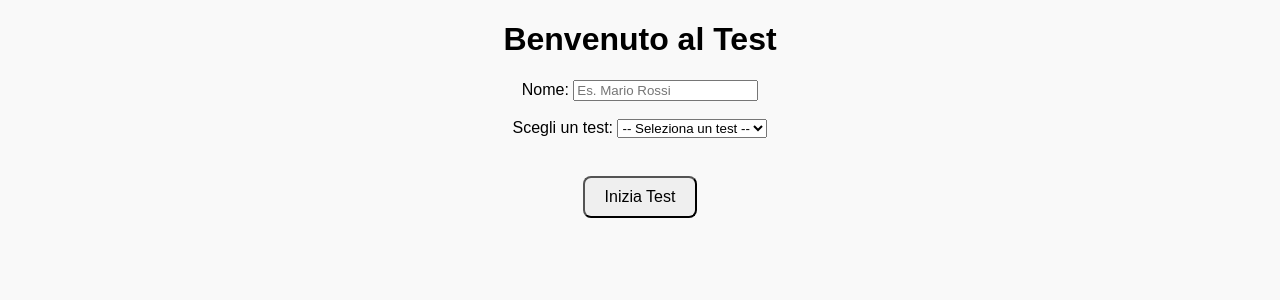
Repository: Probyte5D/Test-Task
Page: wwwroot/index.html
An editor plug-in stored every save of this project. The page is shown before and after the next save, followed by the edit.
The browser window is 1280 px wide. The pictures show the whole page.
The page's requests for data from a server got no answer.

Above is the page before, as saved 2025-10-22 20:22:31.

After the next save:
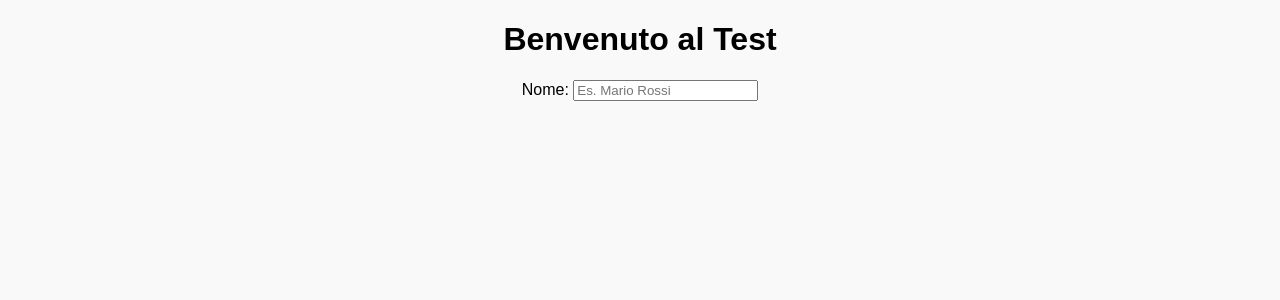
Saved 4 min 51 s later.
--- a/wwwroot/index.html
+++ b/wwwroot/index.html
@@ -6,11 +6,15 @@
 <style>
     body { font-family: Arial; margin: 20px; text-align: center; background: #f9f9f9; }
     .hidden { display: none; }
-    .question-card { margin-bottom: 20px; padding: 20px; border-radius: 10px; box-shadow: 0 2px 8px rgba(0,0,0,0.2); display: inline-block; text-align: left; background: #fff; }
+    .question-card { margin-bottom: 20px; padding: 20px; border-radius: 10px;
+                     box-shadow: 0 2px 8px rgba(0,0,0,0.2); display: inline-block;
+                     text-align: left; background: #fff; }
     .progress { width: 100%; background: #eee; height: 20px; margin-bottom: 20px; border-radius: 10px; }
     .progress-bar { width: 0; height: 100%; background: #4caf50; border-radius: 10px; transition: width 0.3s; }
-    .answer-btn { display: block; width: 300px; margin: 10px auto; padding: 15px; font-size: 16px; border: none; border-radius: 8px; cursor: pointer; transition: transform 0.2s; }
-    .answer-btn:hover { transform: scale(1.05); }
+    .answer-btn, .test-btn { display: inline-block; margin: 5px; padding: 10px 20px;
+                              font-size: 16px; border: none; border-radius: 8px; cursor: pointer;
+                              transition: transform 0.2s; background-color: #2196f3; color: white; }
+    .answer-btn:hover, .test-btn:hover { transform: scale(1.05); }
     .answer-btn.correct { background-color: #4caf50; color: white; }
     .answer-btn.wrong { background-color: #f44336; color: white; }
     button { margin-top: 20px; padding: 10px 20px; font-size: 16px; cursor: pointer; border-radius: 8px; }
@@ -22,12 +26,7 @@
 
 <div id="home">
     <label>Nome: <input type="text" id="userName" placeholder="Es. Mario Rossi"></label><br><br>
-    <label>Scegli un test:
-        <select id="testSelect">
-            <option value="">-- Seleziona un test --</option>
-        </select>
-    </label><br><br>
-    <button onclick="startTest()">Inizia Test</button>
+    <div id="testMenu"></div> <!-- barra dei pulsanti -->
     <p id="homeError" style="color:red;"></p>
 </div>
 
@@ -49,29 +48,33 @@
 let currentQuestionIndex = 0;
 let correctAnswers = 0;
 
+// Carica i test dal server e crea pulsanti per la selezione
 async function loadTests() {
     const res = await fetch('http://localhost:5155/api/Test');
     tests = await res.json();
-    const select = document.getElementById('testSelect');
+
+    const menu = document.getElementById('testMenu');
+    menu.innerHTML = '';
+
     tests.forEach(t => {
-    const opt = document.createElement('option');
-    opt.value = t.Id || t._id;      // prende Id corretto
-    opt.textContent = t.Title || t.title; // prende il titolo corretto
-    select.appendChild(opt);
-});
+        const btn = document.createElement('button');
+        btn.className = 'test-btn';
+        btn.textContent = t.Title || t.title; // titolo del test
+        btn.onclick = () => startTest(t.Id || t._id); // ID del test
+        menu.appendChild(btn);
+    });
 }
 
-function startTest() {
+function startTest(testId) {
     const name = document.getElementById('userName').value.trim();
-    const testId = document.getElementById('testSelect').value;
 
-    if (!name || !testId) {
-        document.getElementById('homeError').textContent = "Inserisci il nome e scegli un test!";
+    if (!name) {
+        document.getElementById('homeError').textContent = "Inserisci il nome!";
         return;
     }
 
     document.getElementById('home').classList.add('hidden');
-    currentTest = tests.find(t => t.id === testId);
+    currentTest = tests.find(t => (t.Id || t._id) === testId);
     currentQuestionIndex = 0;
     correctAnswers = 0;
     showQuestion();
@@ -79,43 +82,48 @@
 }
 
 function showQuestion() {
-    const q = currentTest.questions[currentQuestionIndex];
+    const q = currentTest.Questions || currentTest.questions;
+    const question = q[currentQuestionIndex];
     const container = document.getElementById('questionContainer');
-    container.innerHTML = `<div class="question-card"><p><strong>Domanda ${currentQuestionIndex + 1} di ${currentTest.questions.length}:</strong> ${q.text}</p></div>`;
+    container.innerHTML = `<div class="question-card">
+        <p><strong>Domanda ${currentQuestionIndex + 1} di ${q.length}:</strong> ${question.Text || question.text}</p>
+    </div>`;
 
-    q.options.forEach((opt, i) => {
+    const options = question.Options || question.options;
+    options.forEach((opt, i) => {
         const btn = document.createElement('button');
         btn.className = 'answer-btn';
-        btn.textContent = opt.text;
+        btn.textContent = opt.Text || opt.text;
         btn.onclick = () => selectAnswer(i);
         container.appendChild(btn);
     });
 
-    updateProgress();
+    updateProgress(q.length);
 }
 
-function updateProgress() {
-    const percent = ((currentQuestionIndex) / currentTest.questions.length) * 100;
+function updateProgress(totalQuestions) {
+    const percent = ((currentQuestionIndex) / totalQuestions) * 100;
     document.getElementById('progressBar').style.width = percent + "%";
 }
 
 function selectAnswer(index) {
-    const q = currentTest.questions[currentQuestionIndex];
+    const q = currentTest.Questions || currentTest.questions;
+    const question = q[currentQuestionIndex];
+    const options = question.Options || question.options;
     const buttons = document.querySelectorAll('.answer-btn');
 
-    // Evidenzia la scelta corretta o sbagliata
     buttons.forEach((btn, i) => {
         if (i === index) {
-            btn.classList.add(q.options[i].isCorrect ? 'correct' : 'wrong');
+            btn.classList.add(options[i].IsCorrect || options[i].isCorrect ? 'correct' : 'wrong');
         }
-        btn.disabled = true; // disabilita tutti i bottoni dopo la scelta
+        btn.disabled = true;
     });
 
-    if (q.options[index].isCorrect) correctAnswers++;
+    if (options[index].IsCorrect || options[index].isCorrect) correctAnswers++;
 
     setTimeout(() => {
         currentQuestionIndex++;
-        if (currentQuestionIndex >= currentTest.questions.length) {
+        if (currentQuestionIndex >= q.length) {
             finishTest();
         } else {
             showQuestion();
@@ -127,17 +135,16 @@
     document.getElementById('testView').classList.add('hidden');
     document.getElementById('resultView').classList.remove('hidden');
     document.getElementById('resultText').textContent =
-        `Ciao ${document.getElementById('userName').value}, hai risposto correttamente a ${correctAnswers} su ${currentTest.questions.length} domande.`;
+        `Ciao ${document.getElementById('userName').value}, hai risposto correttamente a ${correctAnswers} su ${currentTest.Questions.length || currentTest.questions.length} domande.`;
 
-    // Salvataggio del risultato su MongoDB
     await fetch('http://localhost:5155/api/UserResult', {
         method: 'POST',
         headers: { 'Content-Type': 'application/json' },
         body: JSON.stringify({
             userName: document.getElementById('userName').value,
-            testId: currentTest.id,
+            testId: currentTest.Id || currentTest._id,
             correctAnswers: correctAnswers,
-            totalQuestions: currentTest.questions.length
+            totalQuestions: currentTest.Questions.length || currentTest.questions.length
         })
     });
 }
@@ -146,7 +153,6 @@
     document.getElementById('resultView').classList.add('hidden');
     document.getElementById('home').classList.remove('hidden');
     document.getElementById('userName').value = '';
-    document.getElementById('testSelect').value = '';
 }
 
 // Carica i test all’avvio

After the 3 saves that followed:
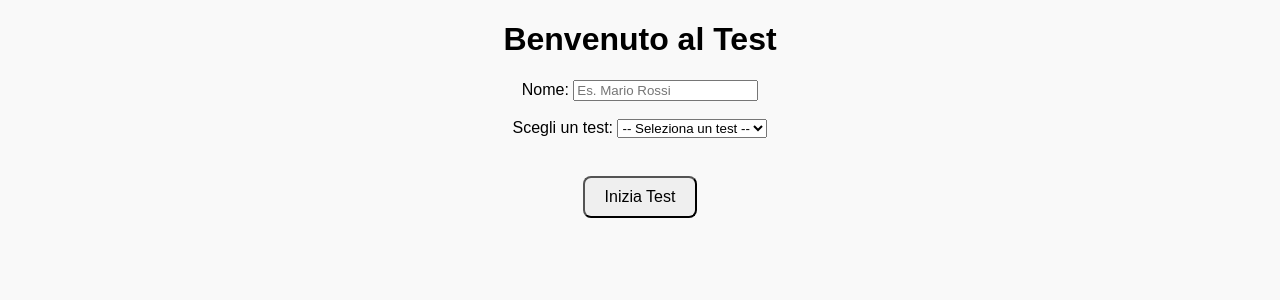
The 3 saves are shown as one change because 2 left the picture as it was.
The last was saved 2 min 6 s later.
--- a/wwwroot/index.html
+++ b/wwwroot/index.html
@@ -6,15 +6,11 @@
 <style>
     body { font-family: Arial; margin: 20px; text-align: center; background: #f9f9f9; }
     .hidden { display: none; }
-    .question-card { margin-bottom: 20px; padding: 20px; border-radius: 10px;
-                     box-shadow: 0 2px 8px rgba(0,0,0,0.2); display: inline-block;
-                     text-align: left; background: #fff; }
+    .question-card { margin-bottom: 20px; padding: 20px; border-radius: 10px; box-shadow: 0 2px 8px rgba(0,0,0,0.2); display: inline-block; text-align: left; background: #fff; }
     .progress { width: 100%; background: #eee; height: 20px; margin-bottom: 20px; border-radius: 10px; }
     .progress-bar { width: 0; height: 100%; background: #4caf50; border-radius: 10px; transition: width 0.3s; }
-    .answer-btn, .test-btn { display: inline-block; margin: 5px; padding: 10px 20px;
-                              font-size: 16px; border: none; border-radius: 8px; cursor: pointer;
-                              transition: transform 0.2s; background-color: #2196f3; color: white; }
-    .answer-btn:hover, .test-btn:hover { transform: scale(1.05); }
+    .answer-btn { display: block; width: 300px; margin: 10px auto; padding: 15px; font-size: 16px; border: none; border-radius: 8px; cursor: pointer; transition: transform 0.2s; }
+    .answer-btn:hover { transform: scale(1.05); }
     .answer-btn.correct { background-color: #4caf50; color: white; }
     .answer-btn.wrong { background-color: #f44336; color: white; }
     button { margin-top: 20px; padding: 10px 20px; font-size: 16px; cursor: pointer; border-radius: 8px; }
@@ -26,7 +22,12 @@
 
 <div id="home">
     <label>Nome: <input type="text" id="userName" placeholder="Es. Mario Rossi"></label><br><br>
-    <div id="testMenu"></div> <!-- barra dei pulsanti -->
+    <label>Scegli un test:
+        <select id="testSelect">
+            <option value="">-- Seleziona un test --</option>
+        </select>
+    </label><br><br>
+    <button onclick="startTest()">Inizia Test</button>
     <p id="homeError" style="color:red;"></p>
 </div>
 
@@ -48,33 +49,29 @@
 let currentQuestionIndex = 0;
 let correctAnswers = 0;
 
-// Carica i test dal server e crea pulsanti per la selezione
 async function loadTests() {
     const res = await fetch('http://localhost:5155/api/Test');
     tests = await res.json();
-
-    const menu = document.getElementById('testMenu');
-    menu.innerHTML = '';
-
+    const select = document.getElementById('testSelect');
     tests.forEach(t => {
-        const btn = document.createElement('button');
-        btn.className = 'test-btn';
-        btn.textContent = t.Title || t.title; // titolo del test
-        btn.onclick = () => startTest(t.Id || t._id); // ID del test
-        menu.appendChild(btn);
-    });
+    const opt = document.createElement('option');
+    opt.value = t.Id || t._id;      // prende Id corretto
+    opt.textContent = t.Title || t.title; // prende il titolo corretto
+    select.appendChild(opt);
+});
 }
 
-function startTest(testId) {
+function startTest() {
     const name = document.getElementById('userName').value.trim();
+    const testId = document.getElementById('testSelect').value;
 
-    if (!name) {
-        document.getElementById('homeError').textContent = "Inserisci il nome!";
+    if (!name || !testId) {
+        document.getElementById('homeError').textContent = "Inserisci il nome e scegli un test!";
         return;
     }
 
     document.getElementById('home').classList.add('hidden');
-    currentTest = tests.find(t => (t.Id || t._id) === testId);
+    currentTest = tests.find(t => t.id === testId);
     currentQuestionIndex = 0;
     correctAnswers = 0;
     showQuestion();
@@ -82,48 +79,43 @@
 }
 
 function showQuestion() {
-    const q = currentTest.Questions || currentTest.questions;
-    const question = q[currentQuestionIndex];
+    const q = currentTest.questions[currentQuestionIndex];
     const container = document.getElementById('questionContainer');
-    container.innerHTML = `<div class="question-card">
-        <p><strong>Domanda ${currentQuestionIndex + 1} di ${q.length}:</strong> ${question.Text || question.text}</p>
-    </div>`;
+    container.innerHTML = `<div class="question-card"><p><strong>Domanda ${currentQuestionIndex + 1} di ${currentTest.questions.length}:</strong> ${q.text}</p></div>`;
 
-    const options = question.Options || question.options;
-    options.forEach((opt, i) => {
+    q.options.forEach((opt, i) => {
         const btn = document.createElement('button');
         btn.className = 'answer-btn';
-        btn.textContent = opt.Text || opt.text;
+        btn.textContent = opt.text;
         btn.onclick = () => selectAnswer(i);
         container.appendChild(btn);
     });
 
-    updateProgress(q.length);
+    updateProgress();
 }
 
-function updateProgress(totalQuestions) {
-    const percent = ((currentQuestionIndex) / totalQuestions) * 100;
+function updateProgress() {
+    const percent = ((currentQuestionIndex) / currentTest.questions.length) * 100;
     document.getElementById('progressBar').style.width = percent + "%";
 }
 
 function selectAnswer(index) {
-    const q = currentTest.Questions || currentTest.questions;
-    const question = q[currentQuestionIndex];
-    const options = question.Options || question.options;
+    const q = currentTest.questions[currentQuestionIndex];
     const buttons = document.querySelectorAll('.answer-btn');
 
+    // Evidenzia la scelta corretta o sbagliata
     buttons.forEach((btn, i) => {
         if (i === index) {
-            btn.classList.add(options[i].IsCorrect || options[i].isCorrect ? 'correct' : 'wrong');
+            btn.classList.add(q.options[i].isCorrect ? 'correct' : 'wrong');
         }
-        btn.disabled = true;
+        btn.disabled = true; // disabilita tutti i bottoni dopo la scelta
     });
 
-    if (options[index].IsCorrect || options[index].isCorrect) correctAnswers++;
+    if (q.options[index].isCorrect) correctAnswers++;
 
     setTimeout(() => {
         currentQuestionIndex++;
-        if (currentQuestionIndex >= q.length) {
+        if (currentQuestionIndex >= currentTest.questions.length) {
             finishTest();
         } else {
             showQuestion();
@@ -135,16 +127,17 @@
     document.getElementById('testView').classList.add('hidden');
     document.getElementById('resultView').classList.remove('hidden');
     document.getElementById('resultText').textContent =
-        `Ciao ${document.getElementById('userName').value}, hai risposto correttamente a ${correctAnswers} su ${currentTest.Questions.length || currentTest.questions.length} domande.`;
+        `Ciao ${document.getElementById('userName').value}, hai risposto correttamente a ${correctAnswers} su ${currentTest.questions.length} domande.`;
 
+    // Salvataggio del risultato su MongoDB
     await fetch('http://localhost:5155/api/UserResult', {
         method: 'POST',
         headers: { 'Content-Type': 'application/json' },
         body: JSON.stringify({
             userName: document.getElementById('userName').value,
-            testId: currentTest.Id || currentTest._id,
+            testId: currentTest.id,
             correctAnswers: correctAnswers,
-            totalQuestions: currentTest.Questions.length || currentTest.questions.length
+            totalQuestions: currentTest.questions.length
         })
     });
 }
@@ -153,6 +146,7 @@
     document.getElementById('resultView').classList.add('hidden');
     document.getElementById('home').classList.remove('hidden');
     document.getElementById('userName').value = '';
+    document.getElementById('testSelect').value = '';
 }
 
 // Carica i test all’avvio
